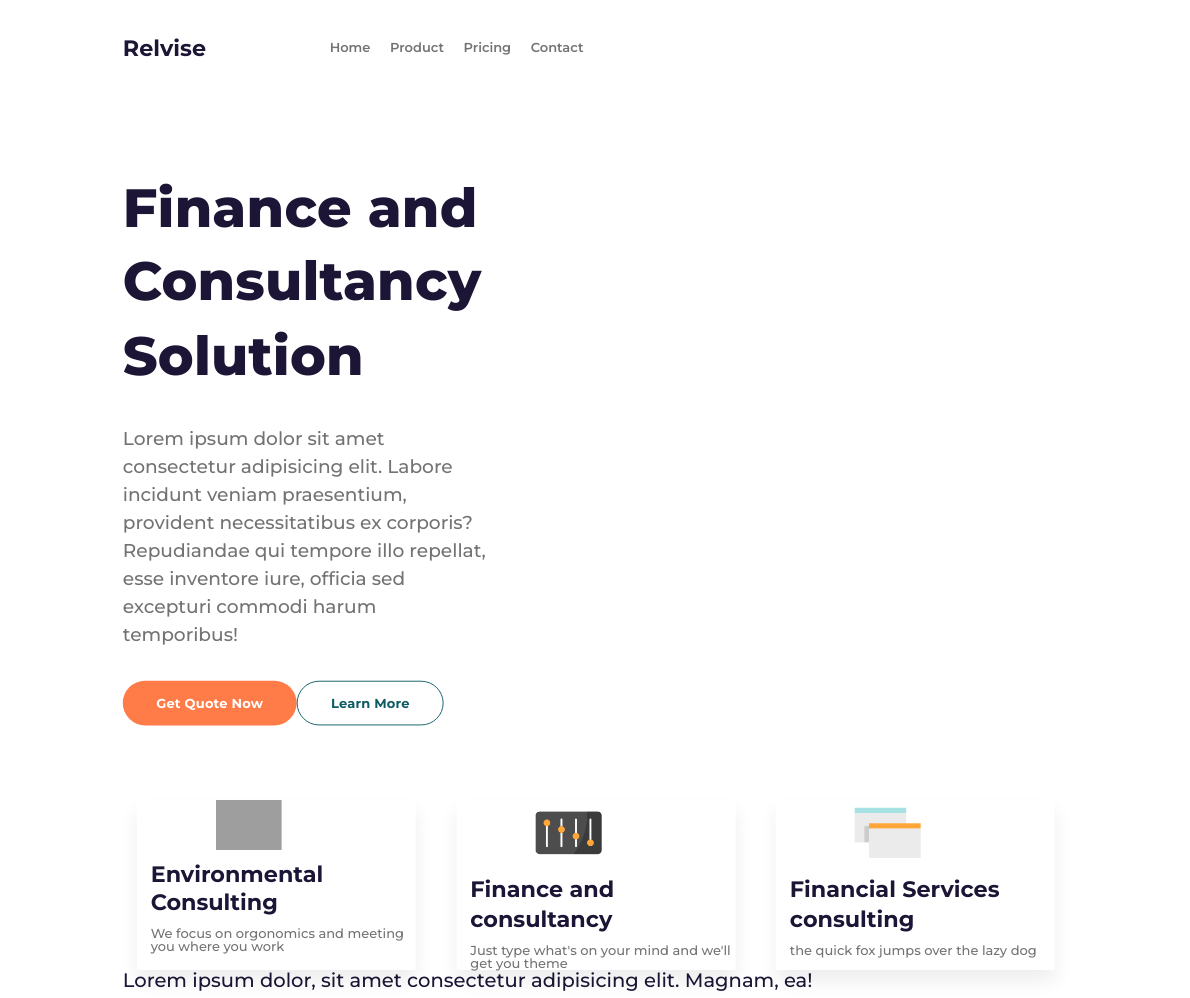
Repository: usalokiN/simple-project
Page: index.html
These files come from the project's save history. The page is drawn as it stood at one moment and after a run of saves; the edit follows.
The browser window is 1280 px wide. The pictures show the whole page, at 93% of full size.
Pictures or frames that could not be fetched are drawn as grey boxes.

Above is the page before, as saved 2022-01-17 13:12:14.

After the next 3 saves:
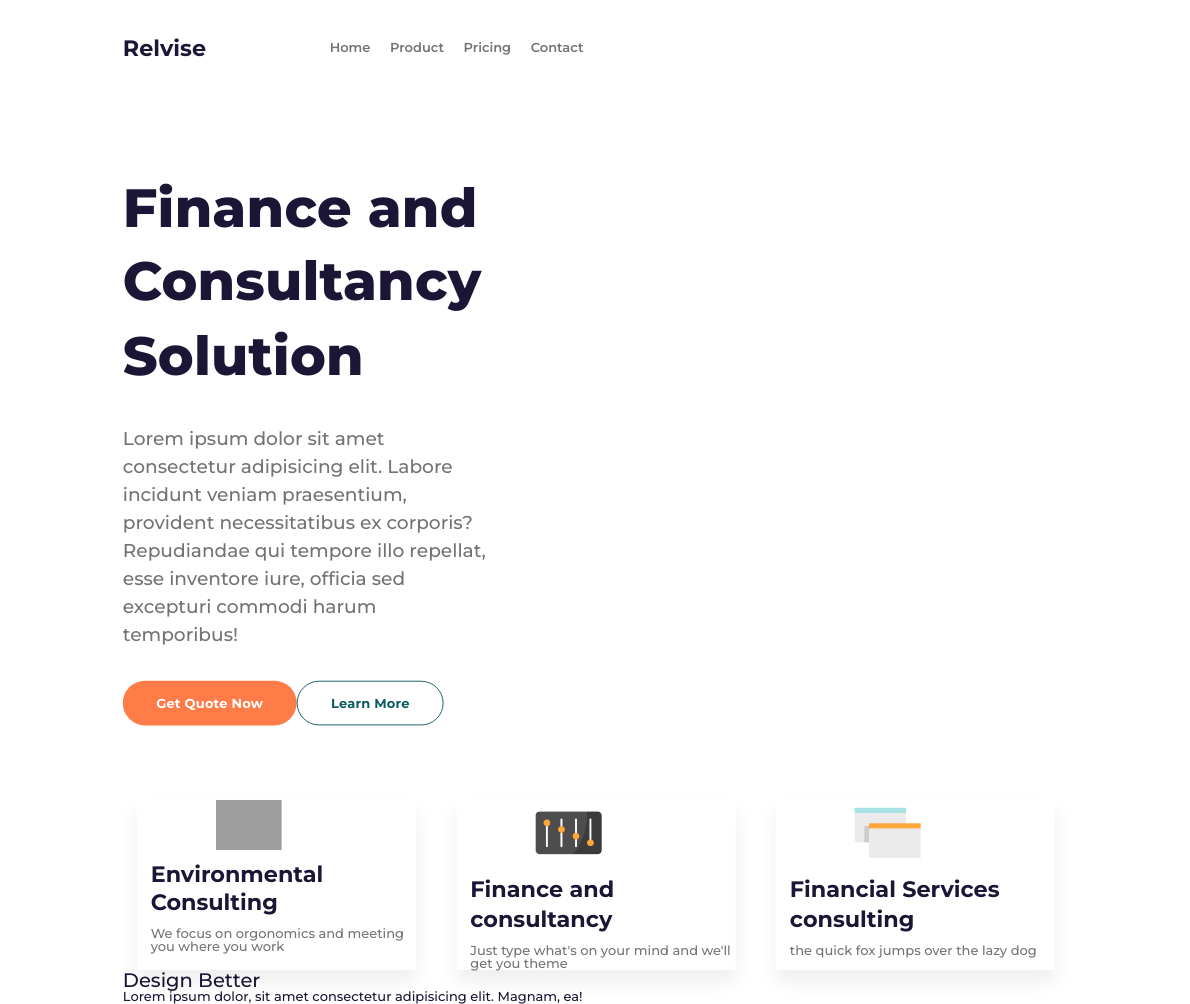
The 3 saves are shown as one change because they came seconds apart.
The last was saved 27 s later.
--- a/index.html
+++ b/index.html
@@ -91,9 +91,9 @@
         <section class="page__advantages advantages">
             <div class="advantages__container _container">
                 <div class="advantages__header header-block">
-                    <h2 class="header-block__title">
-                        <div class="header-block__sub-title">Lorem ipsum dolor, sit amet consectetur adipisicing elit. Magnam, ea!</div>
-                    </h2>
+                    <h2 class="header-block__title">Design Better</h2>
+                    <div class="header-block__sub-title">Lorem ipsum dolor, sit amet consectetur adipisicing elit. Magnam, ea!</div>
+
                 </div>
             </div>
 
